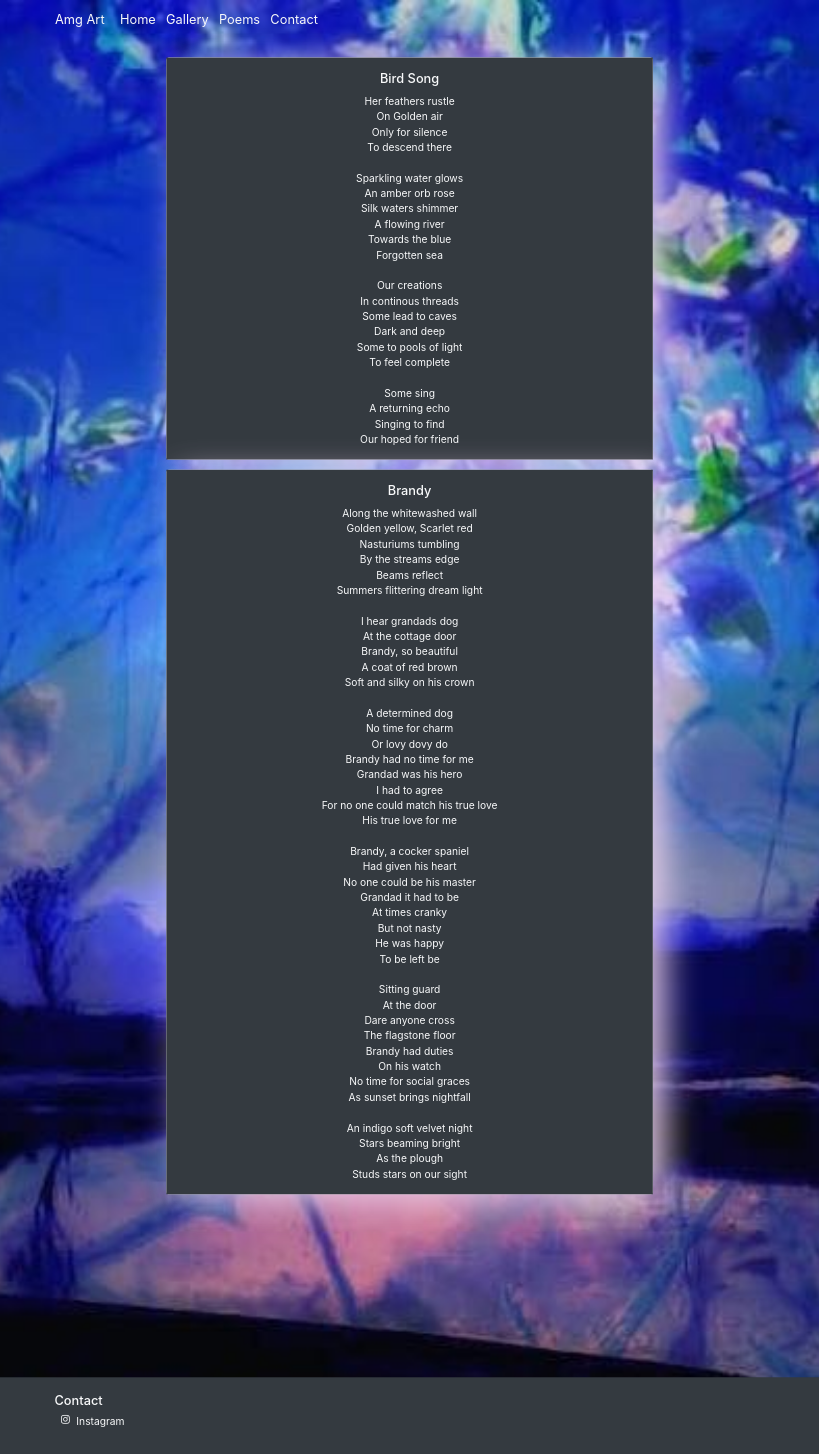
Repository: AllenGleeson/AmgArtGallery
Page: poems.html
The author's editor kept a record of every edit. The page is drawn from the files as they stood at one moment, then again after the next edit.
The browser window is 1280 px wide. The pictures show the whole page, at 64% of full size.

Above is the page before.

### poems.html
<!DOCTYPE html>
<html>

<head>
    <meta charset="UTF-8">
    <meta name="viewport" content="width=device-width, initial-scale=1.0">
    <meta http-equiv="X-UA-Compatible" content="ie=edge">
    <link rel="stylesheet" href="https://stackpath.bootstrapcdn.com/bootstrap/4.3.1/css/bootstrap.min.css" type="text/css" />
    <link rel="stylesheet" href="https://stackpath.bootstrapcdn.com/font-awesome/4.7.0/css/font-awesome.min.css" type="text/css" />
    <link rel="stylesheet" href="assets/css/style.css" type="text/css" />
</head>

<body>
    <header class="colorTheme mb-2">
        <nav class="navbar navbar-expand-sm navbar-light container">
            <a class="navbar-brand text-light" href="./index.html">Amg Art</a>
            <button class="navbar-toggler" type="button" data-toggle="collapse" data-target="#navbarNavAltMarkup" aria-controls="navbarNavAltMarkup" aria-expanded="false" aria-label="Toggle navigation">
                <span class="navbar-toggler-icon"></span>
            </button>
            <div class="collapse navbar-collapse" id="navbarNavAltMarkup">
                <div class="navbar-nav">
                    <a class="nav-item nav-link text-light" href="./index.html">Home</a>
                    <a class="nav-item nav-link text-light" href="./gallery1.html">Gallery</a>
                    <a class="nav-item nav-link text-light" href="./poems.html">Poems</a>
                    <a class="nav-item nav-link text-light active" href="./contact.html">Contact <span class="sr-only">(current)</span></a>
                </div>
            </div>
        </nav>
    </header>

    <section class="container">

        <!-- Poems Section -->
        <div class="row">
            <div class="card col-8 offset-2 mb-3 poems" style="width: 18rem;">
                <div class="card-body text-center  bg-dark text-light poemcontainer">
                    <h5 class="card-title">Bird Song</h5>
                    <p class="card-text">
                        Her feathers rustle<br>
                        On Golden air<br>
                        Only for silence<br>
                        To descend there<br>
                        <br>
                        Sparkling water glows<br>
                        An amber orb rose<br>
                        Silk waters shimmer<br>
                        A flowing river<br>
                        Towards the blue<br>
                        Forgotten sea<br>
                        <br>
                        Our creations<br>
                        In continous threads<br>
                        Some lead to caves<br>
                        Dark and deep<br>
                        Some to pools of light<br>
                        To feel complete<br>
                        <br>
                        Some sing<br>
                        A returning echo<br>
                        Singing to find<br>
                        Our hoped for friend
                    </p>
                </div>
            </div>

            <div class="card col-8 offset-2 mb-3 poems" style="width: 18rem;">
                <div class="card-body text-center bg-dark text-light poemcontainer">
                    <h5 class="card-title">Brandy</h5>
                    <p class="card-text">
                        Along the whitewashed wall<br>
                        Golden yellow, Scarlet red<br>
                        Nasturiums tumbling<br>
                        By the streams edge<br>
                        Beams reflect<br>
                        Summers flittering dream light<br>
                        <br>
                        I hear grandads dog<br>
                        At the cottage door<br>
                        Brandy, so beautiful<br>
                        A coat of red brown<br>
                        Soft and silky on his crown<br>
                        <br>
                        A determined dog<br>
                        No time for charm<br>
                        Or lovy dovy do<br>
                        Brandy had no time for me<br>
                        Grandad was his hero<br>
                        I had to agree<br>
                        For no one could match his true love<br>
                        His true love for me<br>
                        <br>
                        Brandy, a cocker spaniel<br>
                        Had given his heart<br>
                        No one could be his master<br>
                        Grandad it had to be<br>
                        At times cranky<br>
                        But not nasty<br>
                        He was happy<br>
                        To be left be<br>
                        <br>
                        Sitting guard<br>
                        At the door<br>
                        Dare anyone cross<br>
                        The flagstone floor<br>
                        Brandy had duties<br>
                        On his watch<br>
                        No time for social graces<br>
                        As sunset brings nightfall<br>
                        <br>
                        An indigo soft velvet night<br>
                        Stars beaming bright<br>
                        As the plough<br>
                        Studs stars on our sight
                    </p>
                </div>
            </div>

        </div>
    </section>

    <footer class="p-4 bg-dark text-light">
        <div class="container">
            <div class="row">
                <div class="col-sm-6">
                    <h5>Contact</h5>

                    <ul class="fa-ul">
                        <li><a href="https://www.instagram.com/annahlinn.art.photography/" class="text-light"><i class="fa-li fa fa-instagram"></i><span>Instagram</span></a></li>
                    </ul>
                </div>
            </div>
        </div>
    </footer>

    <script src="https://code.jquery.com/jquery-3.3.1.slim.min.js" integrity="sha384-q8i/X+965DzO0rT7abK41JStQIAqVgRVzpbzo5smXKp4YfRvH+8abtTE1Pi6jizo" crossorigin="anonymous"></script>
    <script src="https://cdnjs.cloudflare.com/ajax/libs/popper.js/1.14.7/umd/popper.min.js" integrity="sha384-UO2eT0CpHqdSJQ6hJty5KVphtPhzWj9WO1clHTMGa3JDZwrnQq4sF86dIHNDz0W1" crossorigin="anonymous"></script>
    <script src="https://stackpath.bootstrapcdn.com/bootstrap/4.3.1/js/bootstrap.min.js" integrity="sha384-JjSmVgyd0p3pXB1rRibZUAYoIIy6OrQ6VrjIEaFf/nJGzIxFDsf4x0xIM+B07jRM" crossorigin="anonymous"></script>
</body>
</html>

### assets/css/style.css
section {
    display: block;
    width: 1800px;
    padding: 20px;
}

/*------------------------------------------------Color*/

.contentColor {
    background-color: #6A5ACD;
}

/*------------------------------------------------Nav Bar*/

.navbar-toggler {
    background-color: #fafafa;
}

.navbar-nav {
    font-size: 20px;
}

body {
    background-image: url("../images/bluescape.jpg");
    background-size: cover;
    background-repeat: no-repeat;
    background-position: center center;
}


/*------------------------------------------------Home Page*/

#FeaturedImages {
    border: 1px solid black;
    border-color: #fafafa;
    max-height: 700px;
    margin-left: auto;
    margin-right: auto;
    width: fit-content;
}

.carousel-item img {
    max-height: 700px;
}

@media only screen and (max-width: 768px) {
    .carousel-item img {
        max-height: 300px;
        max-width: 300px;
    }
}

/*------------------------------------------------Gallery Page*/

.galleryImage {
    max-height: 350px;
    max-width: 100%;
    margin-bottom: 20px;
    -webkit-box-shadow: 21px 11px 53px 0px rgba(235, 209, 235, 0.92);
    -moz-box-shadow: 21px 11px 53px 0px rgba(235, 209, 235, 0.92);
    box-shadow: 21px 11px 53px 0px rgba(235, 209, 235, 0.92);
}

@media only screen and (max-width: 768px) {
    .galleryImage {
        max-height: none;
    }
}

.page-item.disabled .page-link {
    color: #dee2e6;
    pointer-events: none;
    cursor: auto;
    background-color: #343a40;
}

.page-item.active .page-link {
    z-index: 1;
    color: #343a40;
    background-color: #fff;
    border-color: #fff;
}

.page-link {
    position: relative;
    display: block;
    padding: .5rem .75rem;
    margin-left: -1px;
    line-height: 1.25;
    color: #fafafa;
    background-color: #343a40;
    border: 1px solid #dee2e6;
}

/*------------------------------------------------Poems*/

.poems {
    max-width: 100%;
    -webkit-box-shadow: 21px 11px 53px 0px rgba(235, 209, 235, 0.92);
    -moz-box-shadow: 21px 11px 53px 0px rgba(235, 209, 235, 0.92);
    box-shadow: 21px 11px 53px 0px rgba(235, 209, 235, 0.92);
    padding: 0;
    border: none;
}

/*------------------------------------------------Contact*/

.aboutmeContainer {
    -webkit-box-shadow: 21px 11px 53px 0px rgba(235, 209, 235, 0.92);
    -moz-box-shadow: 21px 11px 53px 0px rgba(235, 209, 235, 0.92);
    box-shadow: 21px 11px 53px 0px rgba(235, 209, 235, 0.92);
    margin-bottom: 90px;
}

#aboutmeBio {
    font-size: 22px;
    font-family: Noto Sans, "san-serif";
    color: #fafafa;
}

#aboutImage {
    max-height: 350px;
    max-width: 100%;
    margin-bottom: 20px;
    -webkit-box-shadow: 21px 11px 53px 0px rgba(235, 209, 235, 0.92);
    -moz-box-shadow: 21px 11px 53px 0px rgba(235, 209, 235, 0.92);
    box-shadow: 21px 11px 53px 0px rgba(235, 209, 235, 0.92);
}

@media only screen and (max-width: 768px) {
    #aboutImage {
        max-height: none;
    }
}

/*------------------------------------------------Footer*/

footer {
    bottom: 0;
    width: 100%;
    white-space: nowrap;
    /* Set the fixed height of the footer here */
    margin: 0;
    margin-top: 250px;
}

@media only screen and (max-width: 500px) {
    footer {
        margin-top: 20px;
    }
}

#footer-icon {
    max-width: 150px;
}

After the next edit:
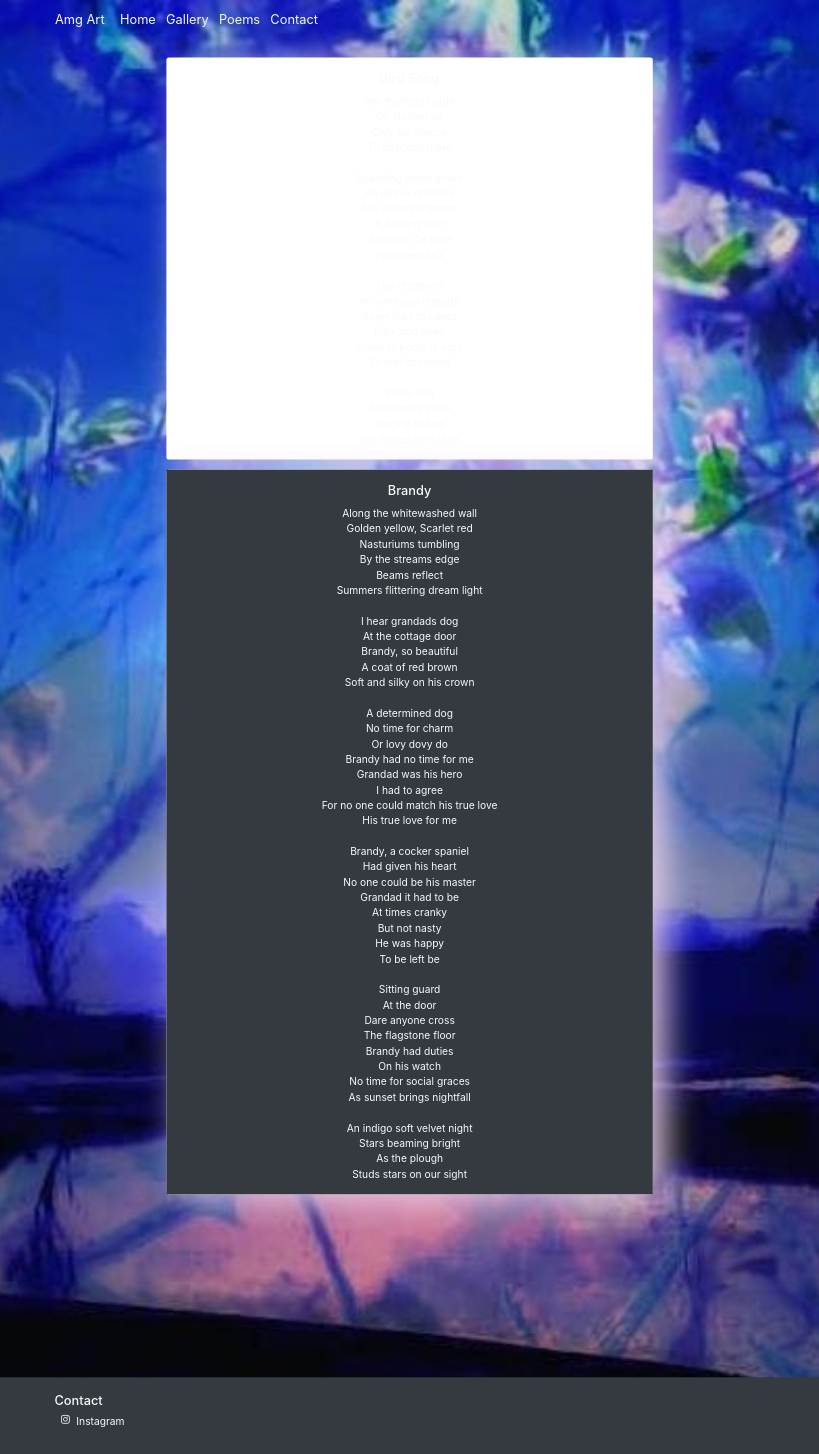
The edit:
--- a/poems.html
+++ b/poems.html
@@ -33,7 +33,7 @@
         <!-- Poems Section -->
         <div class="row">
             <div class="card col-8 offset-2 mb-3 poems" style="width: 18rem;">
-                <div class="card-body text-center  bg-dark text-light poemcontainer">
+                <div class="card-body text-center  colorTheme text-light poemcontainer">
                     <h5 class="card-title">Bird Song</h5>
                     <p class="card-text">
                         Her feathers rustle<br>
